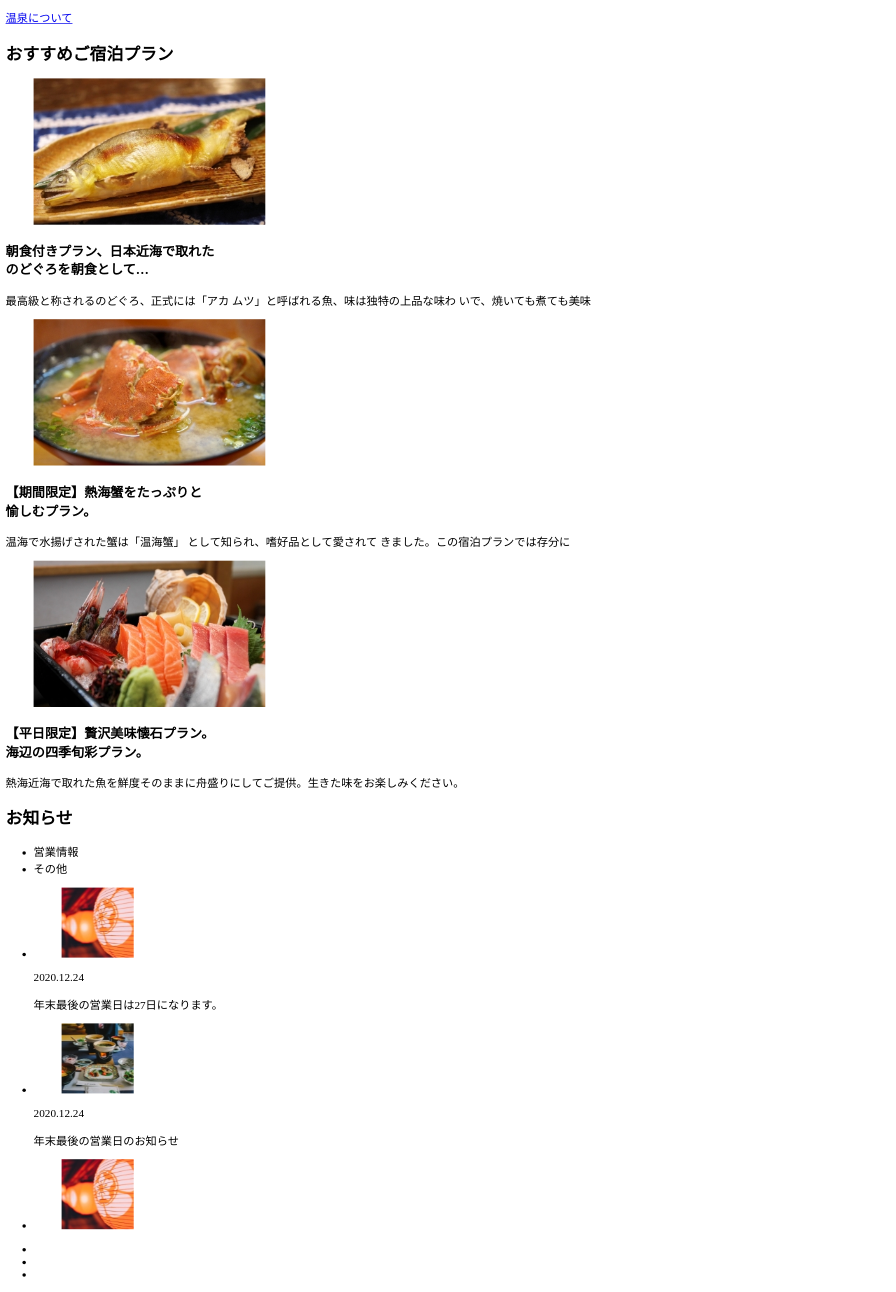
Repository: yuukiyokoyama/compex1
Page: index.html
The author's editor kept a copy of each file at every save. The page is drawn from the files as they stood at one save, then again after the next save.
The browser window is 1280 px wide. The pictures show the part of the page from y = 3300 to 5220 px (the page is 5146 px tall before and 5220 px after), at 70% of full size.

Above is the page before, as saved 2021-09-17 23:34:12.

After the next save:
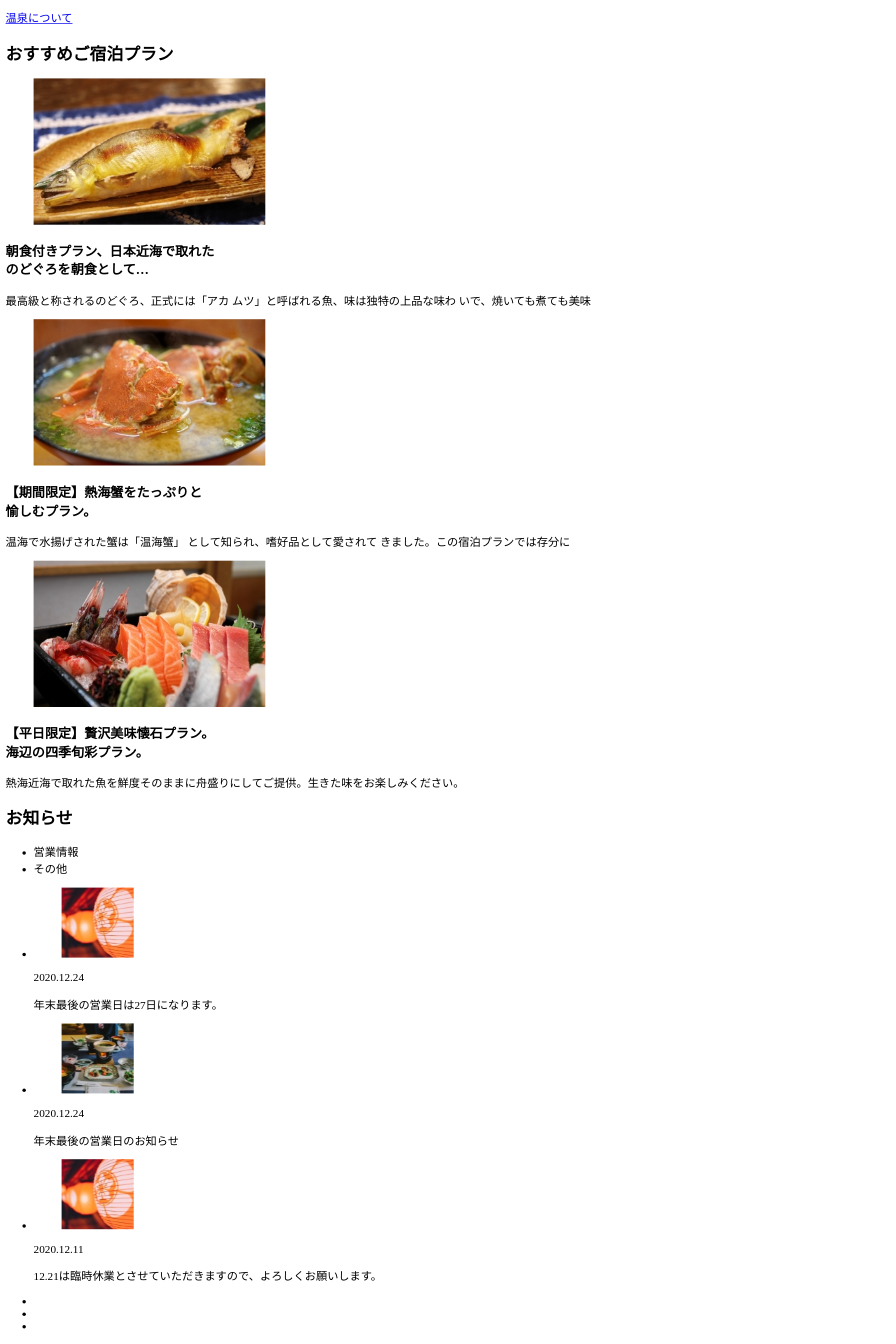
Saved 64 s later.
--- a/index.html
+++ b/index.html
@@ -361,7 +361,12 @@
                     <figure class="news__img-wrapper">
                       <img src="images/news01.jpg" alt="ニュース" />
                     </figure>
-                    <div class="news__body"></div>
+                    <div class="news__body">
+                      <p class="news__date">2020.12.11</p>
+                      <p class="news__text">
+                        12.21は臨時休業とさせていただきますので、よろしくお願いします。
+                      </p>
+                    </div>
                   </div>
                 </li>
                 <li class="news__list-item"></li>
